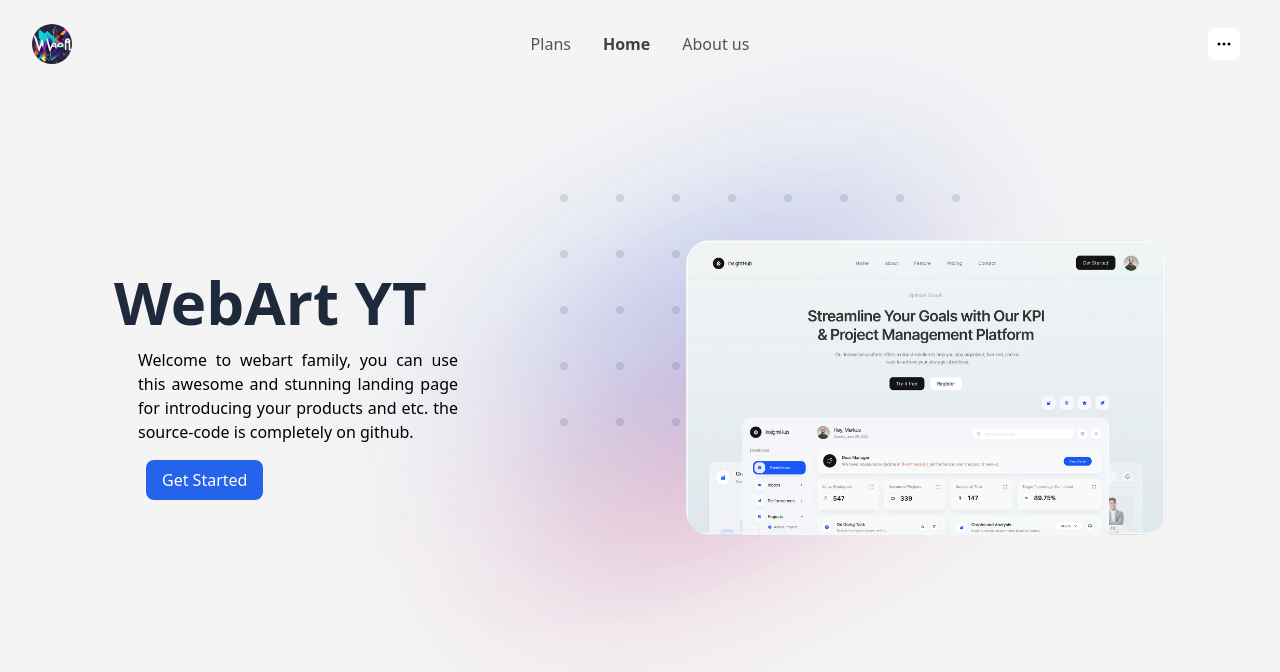
Repository: 30namp/youtube-web-art-code
Page: stunning landing page 1/index.html
An editor plug-in stored every save of this project. The page is shown before and after the next save, followed by the edit.
The browser window is 1280 px wide. The pictures show the whole page.

Above is the page before, as saved 2024-09-26 21:22:06.

### stunning landing page 1/index.html
<!DOCTYPE html>
<html lang="en">
  <head>
    <meta charset="UTF-8" />
    <meta name="viewport" content="width=device-width, initial-scale=1.0" />
    <title>WebArt Design</title>
    <script src="./tailwindcss.min.js"></script>
  </head>
  <body class="min-h-screen bg-zinc-100">
    <div
      class="absolute right-[25%] top-[60%] h-12 w-[30rem] rounded-[100%] rotate-[-25deg] bg-pink-700 blur-[6rem]"
    ></div>
    <div
      class="absolute right-[25%] top-[40%] h-12 w-[30rem] rounded-[100%] rotate-[-25deg] bg-blue-700 blur-[6rem]"
    ></div>
    <div
      class="grid grid-cols-8 gap-12 absolute right-[25%] top-[27%] animate-pulse"
    >
      <div class="rounded-full bg-slate-700/30 size-2 shadow-lg"></div>
      <div class="rounded-full bg-slate-700/30 size-2 shadow-lg"></div>
      <div class="rounded-full bg-slate-700/30 size-2 shadow-lg"></div>
      <div class="rounded-full bg-slate-700/30 size-2 shadow-lg"></div>
      <div class="rounded-full bg-slate-700/30 size-2 shadow-lg"></div>
      <div class="rounded-full bg-slate-700/30 size-2 shadow-lg"></div>
      <div class="rounded-full bg-slate-700/30 size-2 shadow-lg"></div>
      <div class="rounded-full bg-slate-700/30 size-2 shadow-lg"></div>
      <div class="rounded-full bg-slate-700/30 size-2 shadow-lg"></div>
      <div class="rounded-full bg-slate-700/30 size-2 shadow-lg"></div>
      <div class="rounded-full bg-slate-700/30 size-2 shadow-lg"></div>
      <div class="rounded-full bg-slate-700/30 size-2 shadow-lg"></div>
      <div class="rounded-full bg-slate-700/30 size-2 shadow-lg"></div>
      <div class="rounded-full bg-slate-700/30 size-2 shadow-lg"></div>
      <div class="rounded-full bg-slate-700/30 size-2 shadow-lg"></div>
      <div class="rounded-full bg-slate-700/30 size-2 shadow-lg"></div>
      <div class="rounded-full bg-slate-700/30 size-2 shadow-lg"></div>
      <div class="rounded-full bg-slate-700/30 size-2 shadow-lg"></div>
      <div class="rounded-full bg-slate-700/30 size-2 shadow-lg"></div>
      <div class="rounded-full bg-slate-700/30 size-2 shadow-lg"></div>
      <div class="rounded-full bg-slate-700/30 size-2 shadow-lg"></div>
      <div class="rounded-full bg-slate-700/30 size-2 shadow-lg"></div>
      <div class="rounded-full bg-slate-700/30 size-2 shadow-lg"></div>
      <div class="rounded-full bg-slate-700/30 size-2 shadow-lg"></div>
      <div class="rounded-full bg-slate-700/30 size-2 shadow-lg"></div>
      <div class="rounded-full bg-slate-700/30 size-2 shadow-lg"></div>
      <div class="rounded-full bg-slate-700/30 size-2 shadow-lg"></div>
      <div class="rounded-full bg-slate-700/30 size-2 shadow-lg"></div>
      <div class="rounded-full bg-slate-700/30 size-2 shadow-lg"></div>
      <div class="rounded-full bg-slate-700/30 size-2 shadow-lg"></div>
      <div class="rounded-full bg-slate-700/30 size-2 shadow-lg"></div>
      <div class="rounded-full bg-slate-700/30 size-2 shadow-lg"></div>
      <div class="rounded-full bg-slate-700/30 size-2 shadow-lg"></div>
      <div class="rounded-full bg-slate-700/30 size-2 shadow-lg"></div>
      <div class="rounded-full bg-slate-700/30 size-2 shadow-lg"></div>
      <div class="rounded-full bg-slate-700/30 size-2 shadow-lg"></div>
      <div class="rounded-full bg-slate-700/30 size-2 shadow-lg"></div>
      <div class="rounded-full bg-slate-700/30 size-2 shadow-lg"></div>
      <div class="rounded-full bg-slate-700/30 size-2 shadow-lg"></div>
      <div class="rounded-full bg-slate-700/30 size-2 shadow-lg"></div>
    </div>

    <!-- navbar -->
    <nav
      class="z-10 absolute top-0 left-0 right-0 flex justify-center items-center py-8 px-8"
    >
      <a href="/" class="absolute left-0 px-8">
        <img class="size-10 rounded-full" src="./assets/img/logo.jpg" alt="" />
      </a>

      <div class="options flex items-center gap-8">
        <a class="text-zinc-600" href="#">Plans</a>
        <a class="text-zinc-700 font-semibold" href="#">Home</a>
        <a class="text-zinc-600" href="#">About us</a>
      </div>

      <button
        class="absolute p-2 bg-white rounded-md right-0 mx-10 hover:scale-105 active:scale-100 transition"
      >
        <svg
          xmlns="http://www.w3.org/2000/svg"
          width="16"
          height="16"
          fill="currentColor"
          class="bi bi-three-dots"
          viewBox="0 0 16 16"
        >
          <path
            d="M3 9.5a1.5 1.5 0 1 1 0-3 1.5 1.5 0 0 1 0 3m5 0a1.5 1.5 0 1 1 0-3 1.5 1.5 0 0 1 0 3m5 0a1.5 1.5 0 1 1 0-3 1.5 1.5 0 0 1 0 3"
          />
        </svg>
      </button>
    </nav>

    <!-- hero section -->
    <div class="hero-section relative pt-60 flex justify-around items-start">
      <div class="content flex flex-col items-start gap-4 pt-8">
        <h1 class="text-6xl font-bold text-slate-800">WebArt YT</h1>
        <p class="description w-80 ml-6 text-justify">
          Welcome to webart family, you can use this awesome and stunning
          landing page for introducing your products and etc. the source-code is
          completely on github.
        </p>
        <button
          class="ml-8 px-4 py-2 rounded-lg bg-blue-600 text-white hover:scale-105 active:scale-100 transition"
        >
          Get Started
        </button>
      </div>
      <img class="w-[30rem] rounded-3xl" src="./assets/img/img.png" alt="" />
    </div>
  </body>
</html>

Loaded but not shown: stunning landing page 1/tailwindcss.min.js (library)

After the next save:
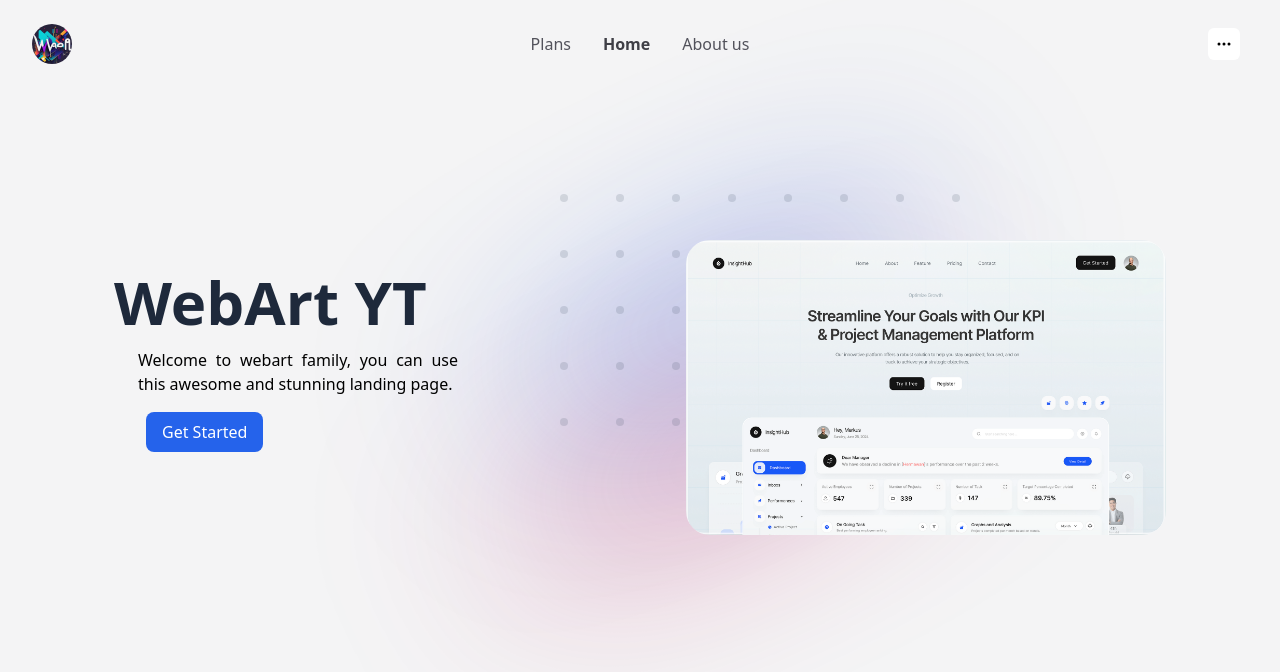
Saved 25 s later.
--- a/stunning landing page 1/index.html
+++ b/stunning landing page 1/index.html
@@ -96,8 +96,7 @@
         <h1 class="text-6xl font-bold text-slate-800">WebArt YT</h1>
         <p class="description w-80 ml-6 text-justify">
           Welcome to webart family, you can use this awesome and stunning
-          landing page for introducing your products and etc. the source-code is
-          completely on github.
+          landing page.
         </p>
         <button
           class="ml-8 px-4 py-2 rounded-lg bg-blue-600 text-white hover:scale-105 active:scale-100 transition"
